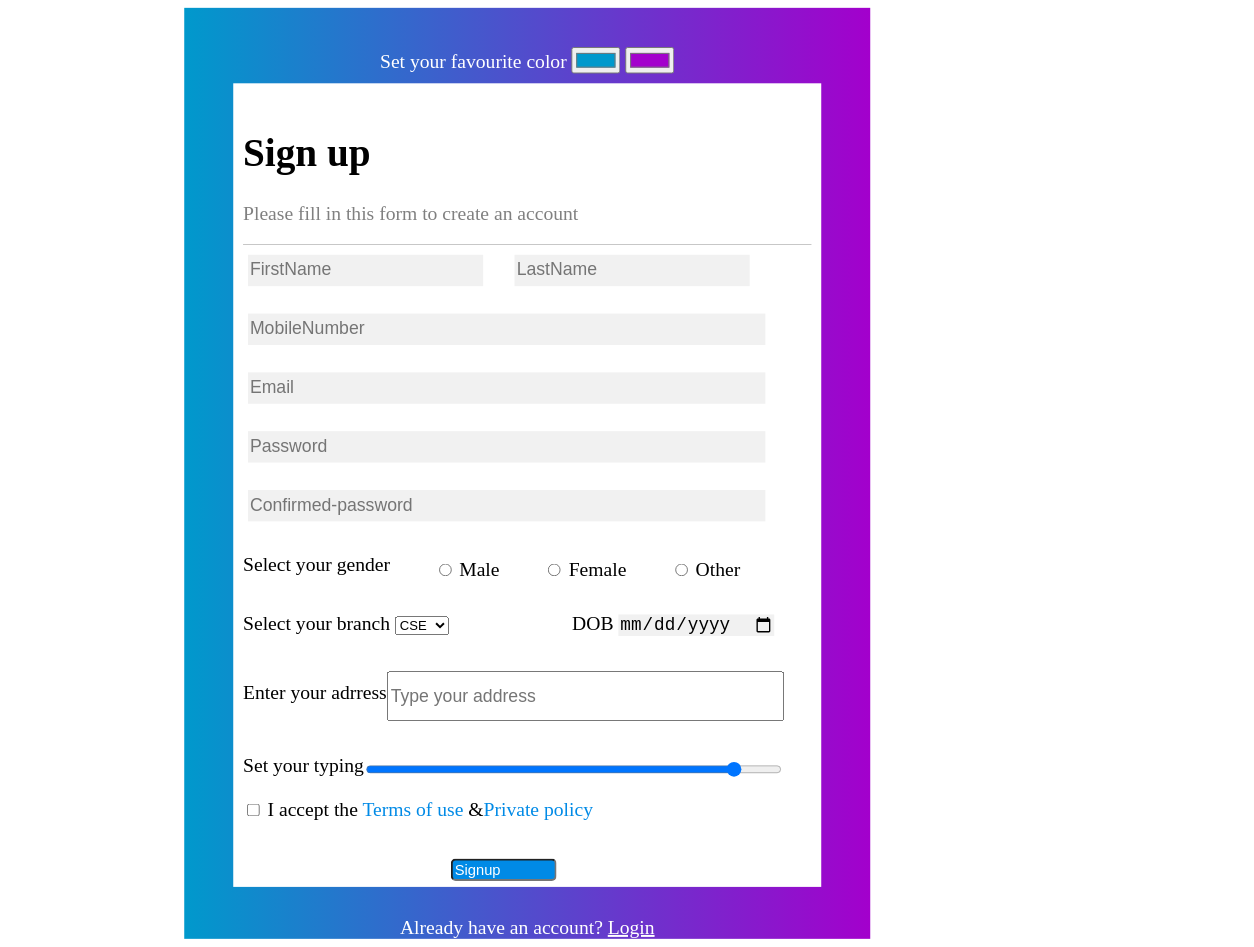
Repository: pothupreethi/Javascript
Page: javaScript/js-assignments/sign-up-form/sign-up.html
The author's editor kept a record of every edit. The page is drawn from the files as they stood at one moment, then again after the next edit.
The browser window is 1280 px wide. The pictures show the whole page, at 98% of full size.

Above is the page before.

### javaScript/js-assignments/sign-up-form/sign-up.html
<!DOCTYPE html>
<html lang="en">

  <head>
    <meta charset="utf-8" />
    <meta name="viewport" content="width=device-width, initial-scale=1, shrink-to-fit=no" />
    <meta http-equiv="X-UA-Compatible" content="ie=edge" />
    <title>Sign Up</title>
    <link rel="stylesheet" href="sign-up.css" />
  </head>

  <body>
    <div id="console-root"></div>
    <script src="https://tap.ibhubs.in/utils/console.js"></script>

    <div class="main-section" id="mainSection">
      <div class="outside" id="outSide">
        <label>Set your favourite color</label>
        <input type="color" id="colorModificationBox1" name="head" value="#0099cc">
        <input type="color" id="colorModificationBox2" name="head" value="#a300cc">
      </div>


      <div class="login-form">
        <div class="sign-up">
          <h1>Sign up</h1>
          <p class="fill-this-form">Please fill in this form to create an account</p>

        </div>
        <div class="form">
          <form id="dataForm">
            <div class="col-1">
              <div class="signup-form-first-name">
                <input type="text" placeholder="FirstName" class="first-name" name="firstName" style="width:90%" id="firstName" required>
                <p class="error-message" id="errorMessageForFirstName">Invalid FirstName</p>
              </div>
              <div class="signup-form-last-name">
                <input type="text" placeholder="LastName" class="last-name" style="width:90%" id="lastName" required>
                <p class="error-message" id="errorMessageForLastName">Invalid LastName</p>
              </div>
            </div>

            <div class="mobile-num">
              <input type="text" placeholder="MobileNumber" class="mobile-number" id="mobileNumber" required>
              <p class="error-message" id="errorMessageForMobileNumber">Invalid MobileNumber</p>
            </div>
            <div class="email-div">
              <input type="text" placeholder="Email" vlaue="Email" id="email" class="email" required>
              <p class="error-message" id="errorMessageForEmailAddress">Invalid Email Address</p>
            </div>
            <div class="password-div">
              <input type="password" placeholder="Password" id="password" class="password" required>
              <p class="error-message" id="errorMessageForPassword">password must contain one capital letter and one small letter</p>
            </div>
            <div class="confirmed-password-div">
              <input type="password" placeholder="Confirmed-password" class="confirmed-password" id="confirmedPassword" required>
              <p class="error-message" id="errorMessageForConfirmedPassword"> password didn't match</p>
            </div>
        </div>
        <div class="gender">
          <lable id="errorForGender">Select your gender</lable>

          <div class="male"> <input type="radio" id="male" name="gender" value="Male">
            <label for="male">Male</label></div>
          <div class="female"> <input type="radio" id="female" name="gender" value="female">
            <label for="female">Female</label>
          </div>
          <div class="other"> <input type="radio" id="other" name="gender" value="other">
            <label for="other">Other</label>
          </div>
          <div>
          </div>
        </div>
        <div class="branches-date">
          <div>
            <label for="branch">Select your branch</label>
            <select id="branches">
                 <option value="CSE">CSE</option>
                  <option value="ECE">ECE</option>
                 <option value="Civil">Civil</option>
                   <option value="mech">Mech</option>
                  </select>
          </div>
          <div class="date-of-birth-div">
            <label for="date">DOB</label>
            <input type="date" class="date-of-birth" id="dateOfBirth" value="dd//mm//yy">
            <p class="error-message" id="errorMessageForDateOfBirth">Invalid date of birth</p>
          </div>

        </div>


        <div class="address-div">
          <label for="address" class="address-main">Enter your adrress</label>
          <input type="text" class="address" placeholder="Type your address" id="address " required>
        </div>
        <div class="set-typing ">
          <label for="typing " class="set-typing1">Set your typing</label>
          <input type="range" id="cowbell" name="cowbell" class="range-of-typing" min="0" max="100" value="90" step="10">


        </div>
        <div class="check-terms ">
          <input type="checkbox" id="terms" class="Terms">
          <label for="terms ">I accept the<span class="terms-of-use "> Terms of use</span> &<span class="terms-of-use ">Private policy</span></label></div>
        <p class="error-message " id="errorMessageForTermsAndCondition ">Accept the terms and conditions</p>
        <p class="error-message " id="errorMessageForGender ">please select the gender</p>
        <div class="submit-div ">
          <input class="signup-button " type="button " value="Signup " id='signUp'>
        </div>

      </div>
      </form>
      <div class="login ">
        <label>Already have an account? <span style="text-decoration:underline "> Login</span></label>
      </div>

    </div>

    <script src="sign-up.js "></script>
  </body>

</html>

### javaScript/js-assignments/sign-up-form/sign-up.css
.login-form {
    background-color: white;

    margin-left: 50px;
    margin-right: 50px;
    margin-bottom: 30px;

}

.col-1 {
    display: flex;
    flex-wrap: wrap;
}

.fill-this-form {
    color: grey;
}

.first-name,
.last-name,
.mobile-number,
.email,
.password,
.confirmed-password,
.date-of-birth {
    background-color: #f1f1f1;
    color: black;
    border: none;

}

.gender {
    display: flex;
    justify-content: space-between;
    align-items: space-between;

    width: 100%;
}

.male,
.female,
.other {
    margin-top: 5px;

}

.branches-date {
    width: 100%;
    display: flex;
    align-items: space-between;
    justify-content: space-between;
}

.address-div {
    display: flex;

}

.address {
    flex-grow: 2;
    height: 45px;
}




.set-typing {
    display: flex;
    margin-top: 10px;
}

.range-of-typing {
    flex-grow: 1;
}


.sign-up {
    border-bottom: 1px solid #c6c6c6;
    padding-top: 20px;
    margin: 10px;
}

.first-name,
.last-name,
.mobile-number,
.email,
.password,
.confirmed-password,
.gender,
.branches-date,
.address-div,
.set-typing,
.check-terms,
.submit-div {
    height: 30px;
    width: 92%;
}

.submit-div {
    text-align: center;
}

.signup-button {
    width: 100px;
    border-radius: 5px;
    font-size: 15px;
    color: white;
    background-color: #008ae6;
}

.outside {
    text-align: center;
    color: white;
    margin-bottom: 0px;
    padding-top: 40px;
    margin-top: 0px;
}

.terms-of-use {
    color: #008ae6;
}

form {
    margin: 5px;
    color: grey;

}

input {
    font-size: 18px;
}

.main-section {
    width: 700px;
    margin-left: 180px;
    margin-top: 0px;
    background: linear-gradient(-90deg, #a300cc, #0099cc);
    font-size: 20px;
}

.address-main {
    padding-top: 10px;
}

.login {
    text-align: center;
    color: white;
}

.error-message {
    display: none;
    color: red;
    text-align: center;
    font-size: 12px;
    margin: 0px;
}

.signup-form-first-name,
.signup-form-last-name {
    margin-right: 10px;
    width: 46%;
}

.first-name,
.last-name {
    margin-bottom: 0px;
}

.col-1,
.mobile-num,
.email-div,
.password-div,
.confirmed-password-div,
.gender,
.branches-date,
.date-of-birth-div,
.address-div,
.set-typing,
.check-terms {
    margin-left: 10px;
    margin-right: 10px;
    height: 60px;
}

.set-typing1 {
    padding-top: 15px;
}

### javaScript/js-assignments/sign-up-form/sign-up.js
 const firstName = document.getElementById('firstName');
 const lastName = document.getElementById('lastName');
 const mobileNumber = document.getElementById('mobileNumber');
 const emailAddress = document.getElementById('email');
 const originalPassword = document.getElementById('password');
 const confirmedPassword = document.getElementById('confirmedPassword');
 const signUpButton = document.getElementById('signUp');
 const male = document.getElementById('male');
 const female = document.getElementById('female');
 const others = document.getElementById('other');
 const branch = document.getElementById('branches');
 const dateOfBirth = document.getElementById('dateOfBirth');
 const acceptTerms = document.getElementById('terms');
 const color1 = document.getElementById('colorModificationBox1');
 const color2 = document.getElementById('colorModificationBox2');
 const address = document.getElementById('address');
 const dataForm = document.getElementById('dataForm');
 const errorMessageForFirstName = document.getElementById('errorMessageForFirstName');
 const errorMessageForLastName = document.getElementById('errorMessageForLastName');
 const errorMessageForMobileNumber = document.getElementById('errorMessageForMobileNumber');
 const errorMessageForEmailAddress = document.getElementById('errorMessageForEmailAddress');
 const errorMessageForPassword = document.getElementById('errorMessageForPassword');
 const errorMessageForConfirmedPassword = document.getElementById('errorMessageForConfirmedPassword');
 let userData = {};
 userData.Branch = "CSE";
 /*firstName.onblur = (event) => {
  let pattern = /^[A-Za-z]+$/;
  if (firstName.value.match(pattern)) {
   errorMessageForFirstName.style.display = "none";
   userData['firstName'] = event.target.value;
  }
  else {
   errorMessageForFirstName.style.display = "block";
  }
 }

 lastName.onblur = (event) => {
  var pattern = /^[A-Za-z]+$/;
  if (lastName.value.match(pattern)) {
   userData['LastName'] = event.target.value;
   errorMessageForLastName.style.display = "none";
 }
  else {
 errorMessageForLastName.style.display = "block";
  }
 }

 mobileNumber.onblur = (event) => {
  var pattern = /[0-9]{9}$/;
  if (mobileNumber.value.match(pattern)) {
   userData['MobileNumber'] = event.target.value;
  errorMessageForMobileNumber.style.display = "none";
  }
  else {
errorMessageForMobileNumber.style.display = "block";
  }

 }

 emailAddress.onblur = (event) => {
  var emailPattern = /^[a-zA-Z0-9._-]+@[a-zA-Z0-9.-]+\.[a-zA-Z]{2,4}$/;
  if (emailAddress.value.match(emailPattern)) {
   userData['Email-Address'] = event.target.value;
   errorMessageForEmailAddress.style.display = "none";
  }
  else {
   errorMessageForEmailAddress.style.display = "block";
  }
 }
 originalPassword.onblur = (event) => {
  var passwordPattern = /^(?=.*?[A-Z])(?=.*?[a-z]).{8,}$/;
  if (originalPassword.value.match(passwordPattern)) {
   userData['Password'] = originalPassword.value;
   errorMessageForPassword.style.display = "none";
  }
  else {
   errorMessageForPassword.style.display = "block";
  }
 }
 confirmedPassword.onblur = (event) => {
  let valueOf = originalPassword.value;
  if (valueOf === confirmedPassword.value) {
   errorMessageForConfirmedPassword.style.display = "none";
  }
  else {
   errorMessageForConfirmedPassword.style.display = "block";
  }
 }



 signUpButton.onclick = () => {
  if (male.checked) {
   document.getElementById('errorMessageForGender').style.display = "none"
   userData['Gender'] = male.value;
  }
  else if (female.checked) {
   document.getElementById('errorMessageForGender').style.display = "none"
   userData['Gender'] = female.value;
  }
  else if (others.checked) {
   document.getElementById('errorMessageForGender').style.display = "none"
   userData['Gender'] = others.value;
  }
  else {
   document.getElementById('errorMessageForGender').style.display = "block";
  }

  if (acceptTerms.checked) {
   document.getElementById('errorMessageForTermsAndCondition').style.display = "none";
  }
  else {

   document.getElementById('errorMessageForTermsAndCondition').style.display = "block";

  }
  // alert(Object.keys(userData).length);
  if (Object.keys(userData).length >= 8) {

   console.log(userData);
   userData = {};
   dataForm.reset();
   alert("Form is filled");
  }
  else {
   alert("Please fill the data");
  }

 }

 branch.onchange = (event) => {
  userData['Branch'] = event.target.value;
 }
 dateOfBirth.onchange = (event) => {
  let pattern = /\b(20|[2-9][0-9])\d{2}-([0|1])\d-([0-3])\d\b/g
  let dob = dateOfBirth.value;

  userData['Date Of Birth'] = event.target.value;
  if (dob.match(pattern)) {

   document.getElementById('errorMessageForDateOfBirth').style.display = "none";
  }
  else {
   document.getElementById('errorMessageForDateOfBirth').style.display = "block";


  }

 }
 color1.onchange = (event) => { changeColor(color1, color2) }
 color2.onchange = (event) => { changeColor(color1, color2) }

 function changeColor(color1, color2) {
  document.getElementById('mainSection').style.backgroundImage = `linear-gradient(-90deg,${color2.value},${color1.value})`;
 }
 address.onblur = (event) => {
  userData.Address = address.value;
 }*/

 function conditionForValidation(targetValue) {
  alert(targetValue.value);
  alert(targetValue.getAttribute("name"));
 }
 firstName.onblur = (event) => { conditionForValidation(event.target) };
 lastName.onblur = (event) => { conditionForValidation(event.target) };

After the next edit:
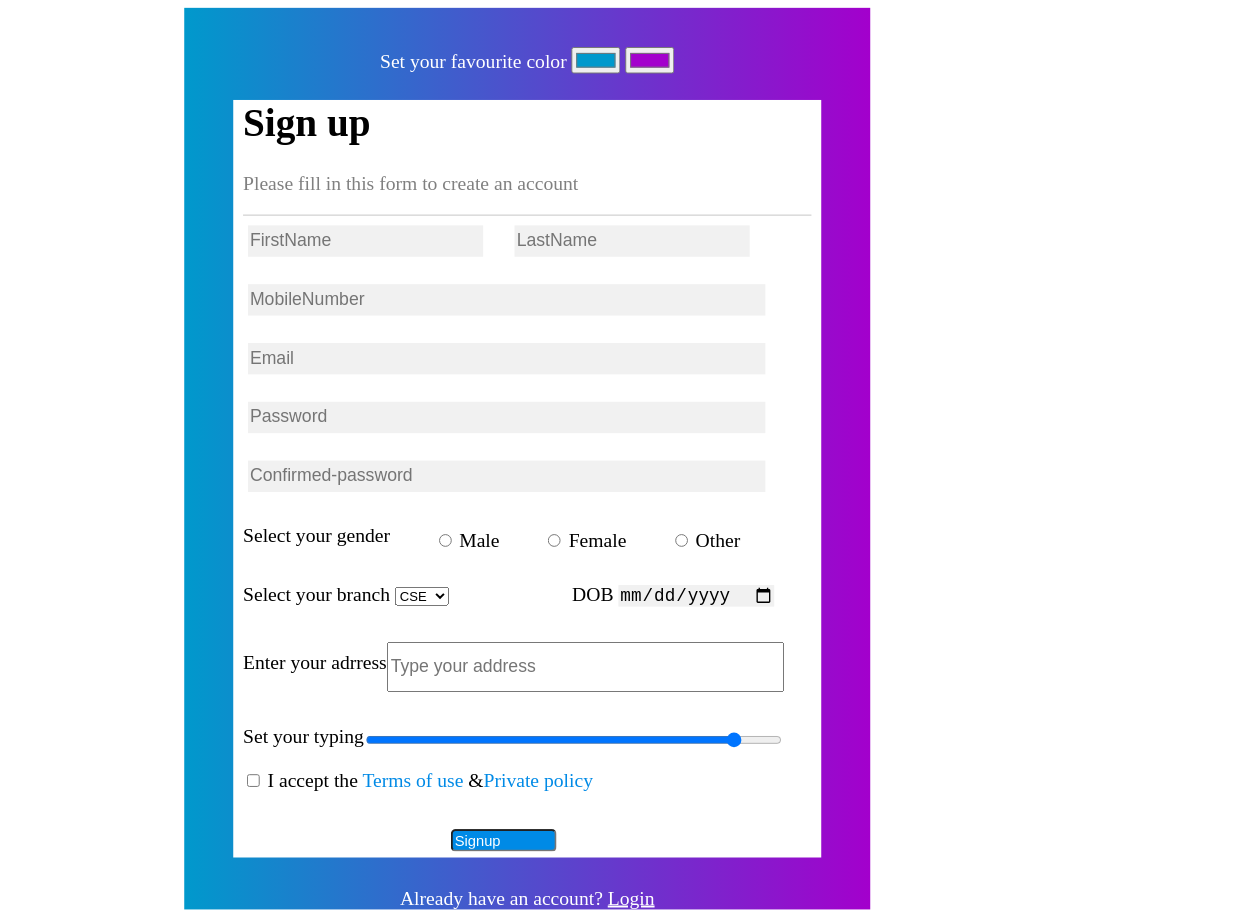
The edit:
--- a/javaScript/js-assignments/sign-up-form/sign-up.css
+++ b/javaScript/js-assignments/sign-up-form/sign-up.css
@@ -76,7 +76,6 @@
 
 .sign-up {
     border-bottom: 1px solid #c6c6c6;
-    padding-top: 20px;
     margin: 10px;
 }
 
